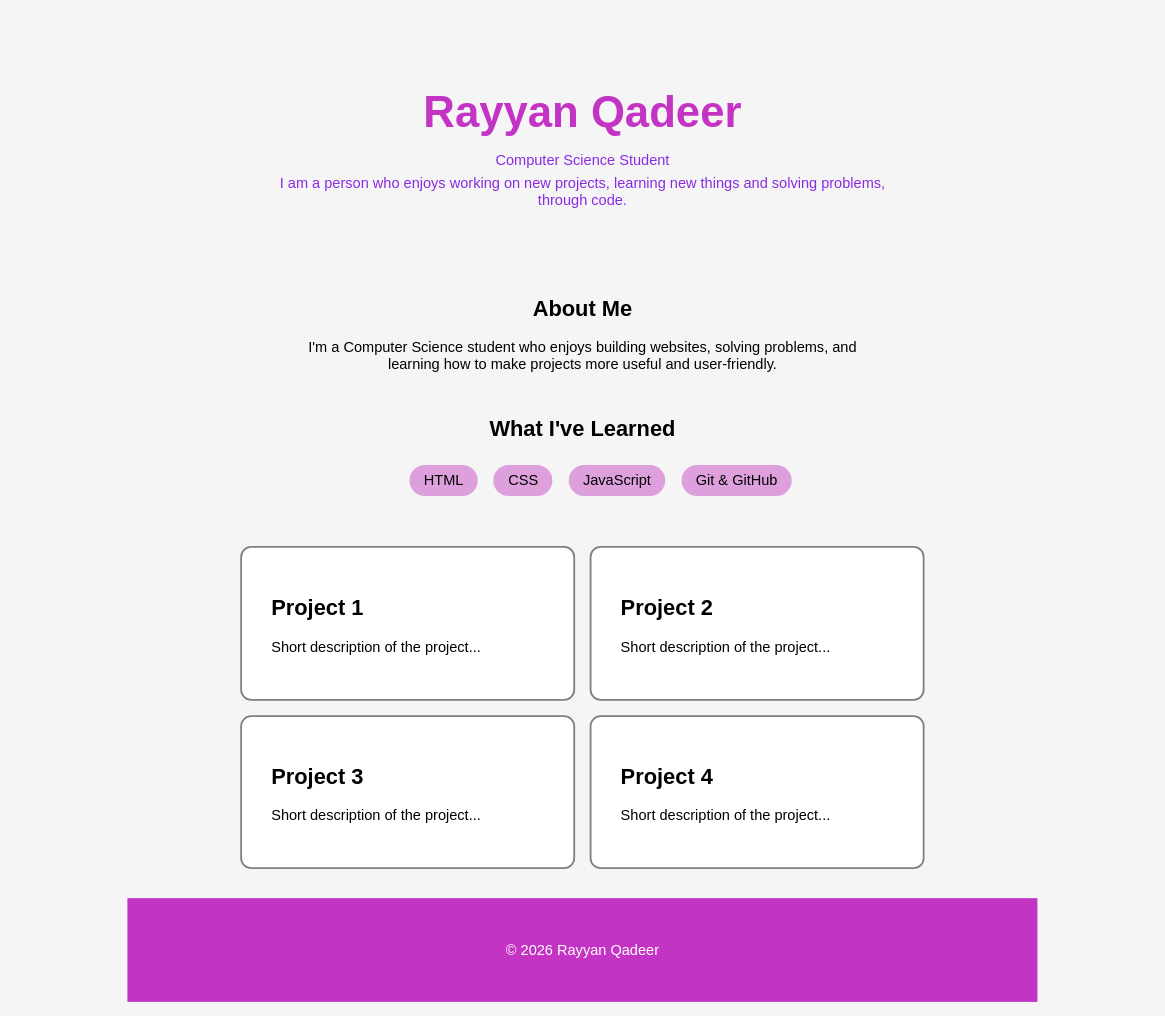
Repository: rayyan-qadeer/rayyan-qadeer
Page: index.html
The author's editor kept a copy of each file at every save. The page is drawn from the files as they stood at one save, then again after the next save.
The browser window is 1280 px wide. The pictures show the whole page, at 91% of full size.

Above is the page before, as saved 2026-05-06 13:32:11.

### index.html
<!doctype html>
<html lang="en">
  <head>
    <meta charset="UTF-8" />
    <meta name="viewport" content="width=device-width, initial-scale=1.0" />
    <title>Rayyan Qadeer Portfolio</title>
    <link rel="stylesheet" href="./styles/globals.css" />
    <link rel="stylesheet" href="./styles/index.css" />
  </head>
  <body>
    <main>
      <header> <!-- header is clear, but the intro could be a bit more personal -->
        <h1>Rayyan Qadeer</h1>
        <p class="subtitle">Computer Science Student</p>
        <p class="description">
          I am a person who enjoys working on new projects, learning new things and solving problems, through code.
        </p>
      </header>

      <section class ="about">
        <h2>About Me</h2>
        <p>I'm a Computer Science student who enjoys building websites, solving problems, and learning how to make projects more useful and user-friendly.
        </p>
      </section>

      <section class ="skills">
        <h2>What I've Learned</h2>
        <ul>
          <li>HTML</li>
          <li>CSS</li>
          <li>JavaScript</li>
          <li>Git & GitHub</li>
        </ul>
      </section>

      <section class="projects"> <!-- add more specificity to each project cards title and description instead of placeholder text -->
        <article class="card">
          <h2>Project 1</h2>
          <p>Short description of the project...</p>
        </article>

        <article class="card">
          <h2>Project 2</h2>
          <p>Short description of the project...</p>
        </article>

        <article class="card">
          <h2>Project 3</h2>
          <p>Short description of the project...</p>
        </article>

        <article class="card">
          <h2>Project 4</h2>
          <p>Short description of the project...</p>
        </article>
      </section>

      <footer>
        <p>© 2026 Rayyan Qadeer</p> <!-- the footer works, but its a bit too simple, should include contact links later to make my portfolio stronger -->
      </footer>
    </main>
  </body>
</html>

### styles/globals.css
body {
    margin: 0rem;
    font-family: Arial, Helvetica, sans-serif;
    background-color: whitesmoke;
    color: black;
}

### styles/index.css
main {
  padding: 1rem;
  max-width: 1000px; /* should be % */
  margin: 0 auto;
}

header {
  text-align: center;
  margin-bottom: 3rem;
  padding: 3rem 1rem;
}

header h1 {
  font-size: 3rem;
  margin-bottom: 0.5rem;
  color: rgb(196, 52, 196);
}

.subtitle {
  color: blueviolet;
  margin-bottom: 0.5rem;
}

.description {
  max-width: 43.75rem; /* should be % */
  margin: 0 auto;
  color: blueviolet;
}

.about,
.skills {
  text-align: center;
  max-width: 650px; /* should be % */
  margin: 3rem auto;
}

.skills li {
  display: inline-block;
  margin: 0.4rem;
  padding: 0.5rem 1rem;
  background-color: plum;
  border-radius: 1.25rem;
}

.projects {
  display: flex;
  flex-direction: column;
  gap: 1rem;
  margin: 2rem auto;
}

.card {
  background-color: white;
  padding: 2rem;
  border-radius: 12px; /* uses px, rem would be better */
  border: 2px solid gray;
}

/* hover effect works, but it should still b checked on mobile where hover is not useful*/
.card:hover {
  transform: translateY(-4px);
  background-color: plum;
}

footer {
  text-align: center;
  margin-top: 2rem;
  padding: 2rem;
  background-color: rgb(196, 52, 196);
  color: white;
}

/* responsive breakpoints are there, but layout should still be checked and tested on iphone se, pixel 7, ipad mini and ipad pro */
@media (min-width: 768px) {
  .projects {
    flex-direction: row;
    flex-wrap: wrap;
    justify-content: center;
  }

  .card {
    width: 48%;
  }
}

@media (min-width: 1024px) {
  .card {
    width: 30%;
  }
}

After the next save:
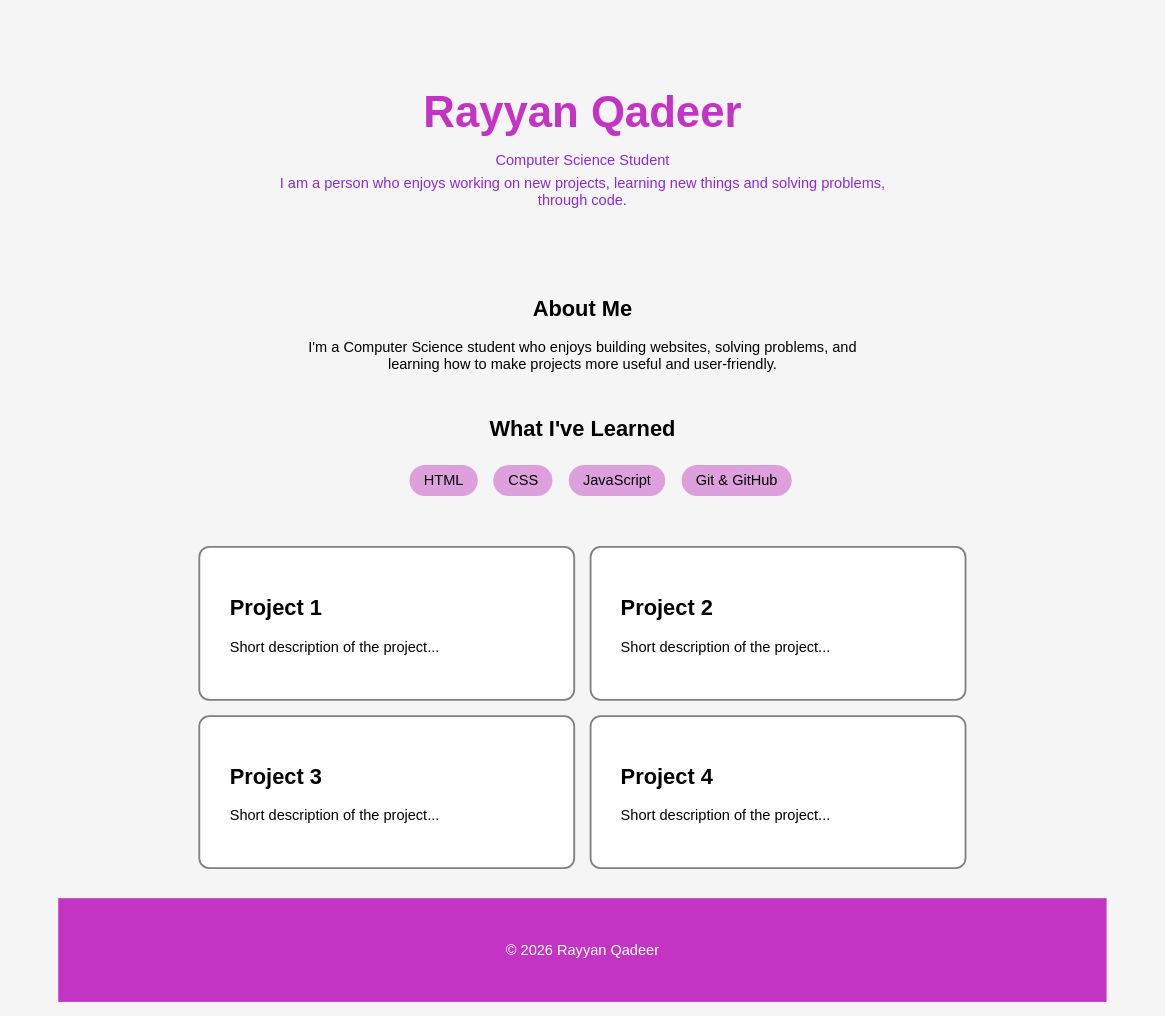
Saved 84 s later.
--- a/styles/index.css
+++ b/styles/index.css
@@ -1,6 +1,6 @@
 main {
   padding: 1rem;
-  max-width: 1000px; /* should be % */
+  max-width: 90%;
   margin: 0 auto;
 }
 
@@ -52,7 +52,7 @@ header h1 {
 .card {
   background-color: white;
   padding: 2rem;
-  border-radius: 12px; /* uses px, rem would be better */
+  border-radius: 0.75rem;
   border: 2px solid gray;
 }
 
